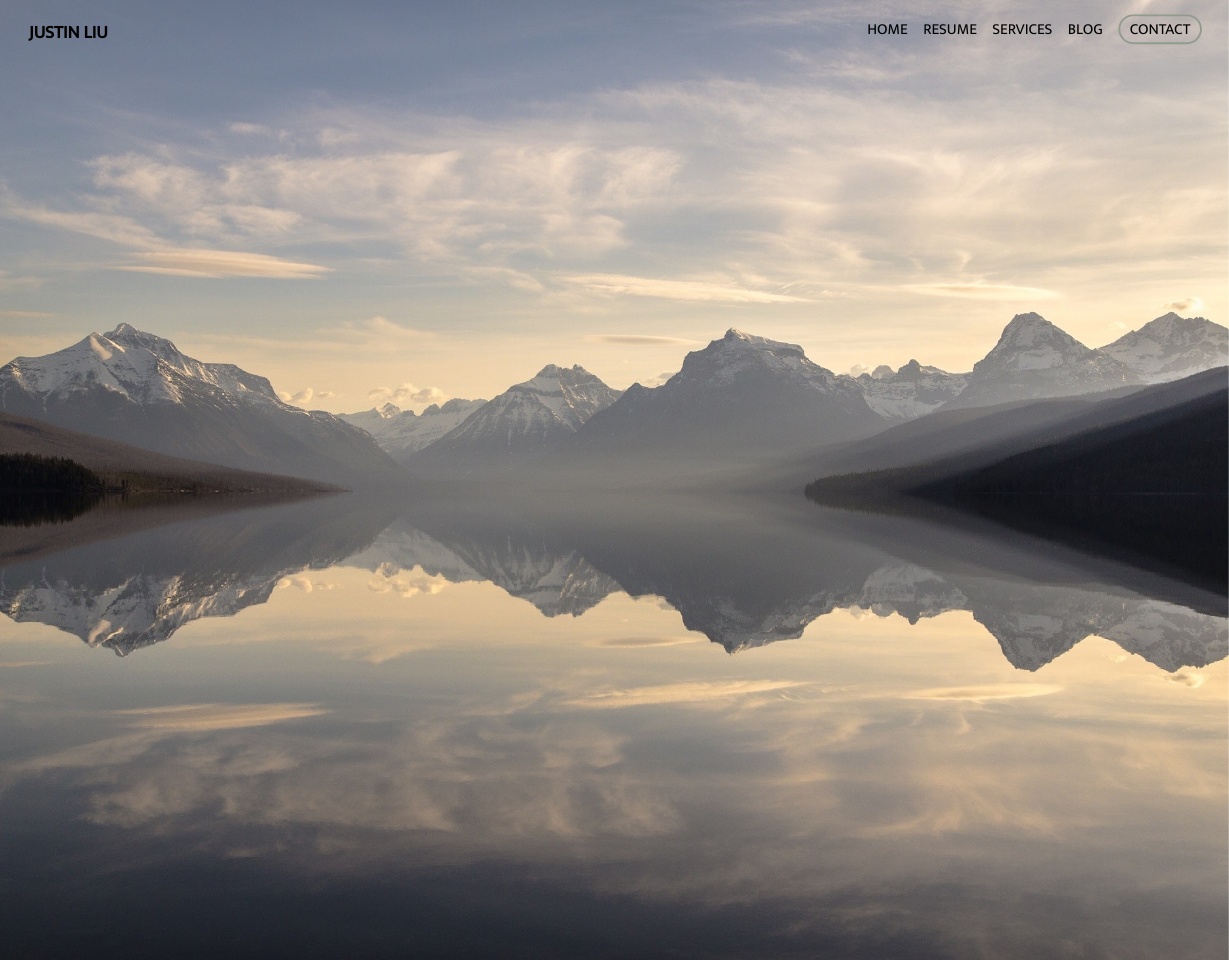
Repository: justinliu88/personal-projects
Page: index.html
These files come from the project's save history. The page is drawn as it stood at one moment and after the next save; the edit follows.
The browser window is 1280 px wide. The pictures show the whole page, at 96% of full size.
Some web libraries are served in a nearby version. The style sheet was rebuilt from its Sass, Less or Tailwind sources for each picture, by a compiler version that may differ from the author's.

Above is the page before, as saved 2020-03-17 10:53:05.

After the next save:
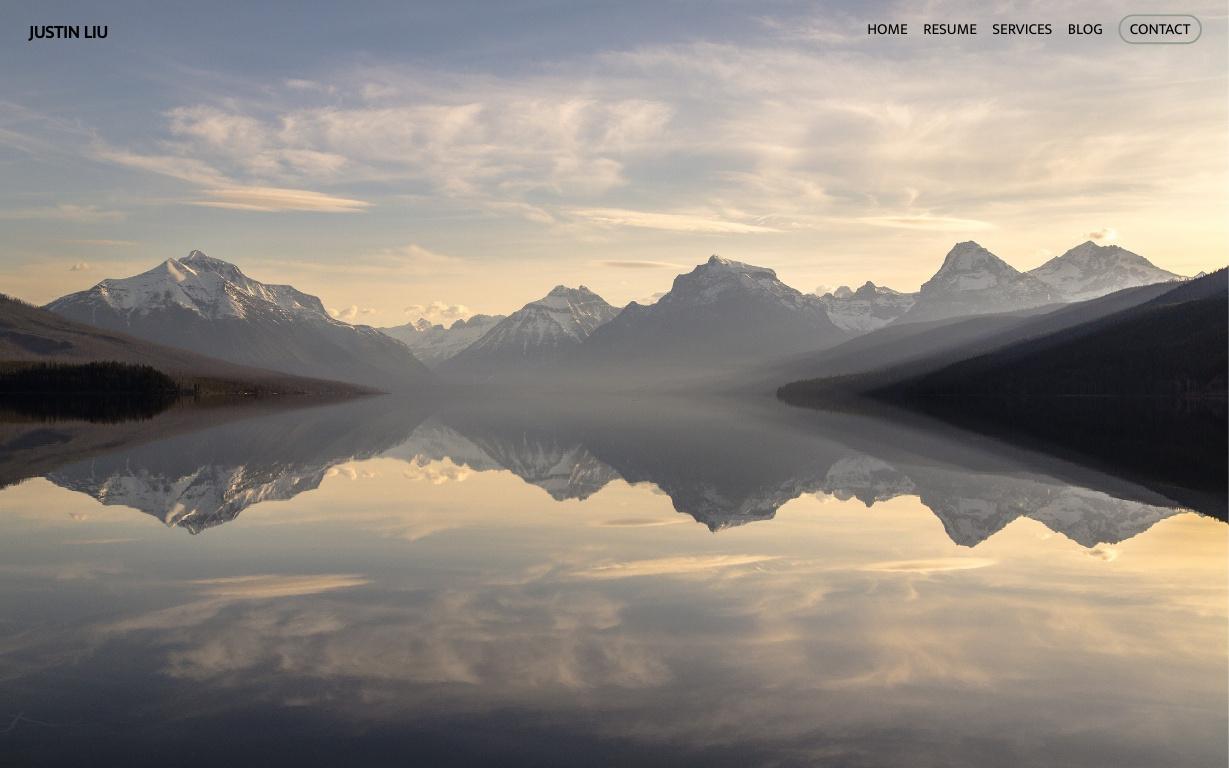
Saved 10 s later.
--- a/main.scss
+++ b/main.scss
@@ -1,7 +1,7 @@
 body {
     margin: 0px;
     background-image: url("./img/website-background.jpg");
-    height: 1000px;
+    height: 800px;
     background-position: center;
     background-repeat: no-repeat;
     background-size: cover;

After the save that followed:
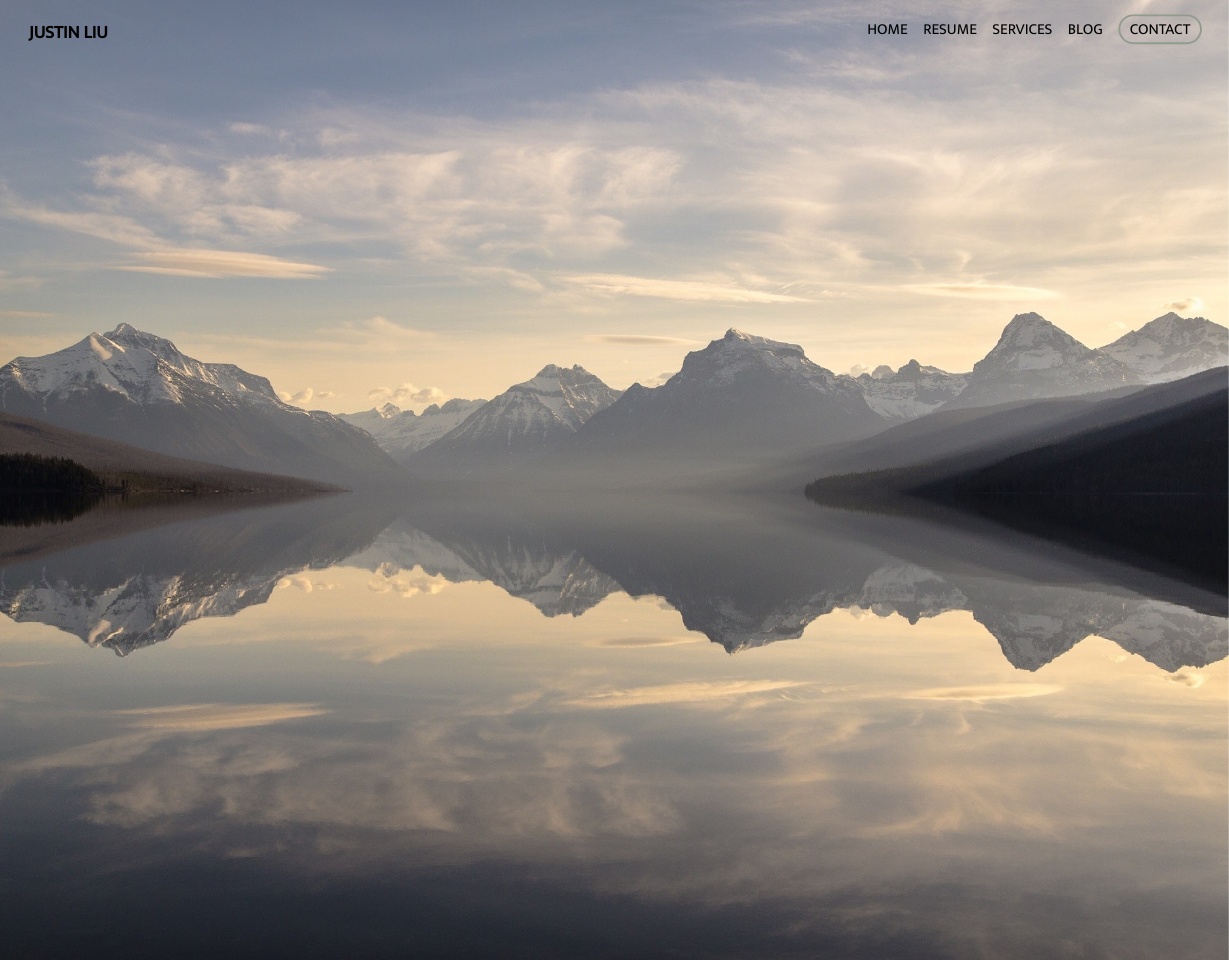
Saved 7 s later.
--- a/main.scss
+++ b/main.scss
@@ -1,7 +1,7 @@
 body {
     margin: 0px;
     background-image: url("./img/website-background.jpg");
-    height: 800px;
+    height: 1000px;
     background-position: center;
     background-repeat: no-repeat;
     background-size: cover;
